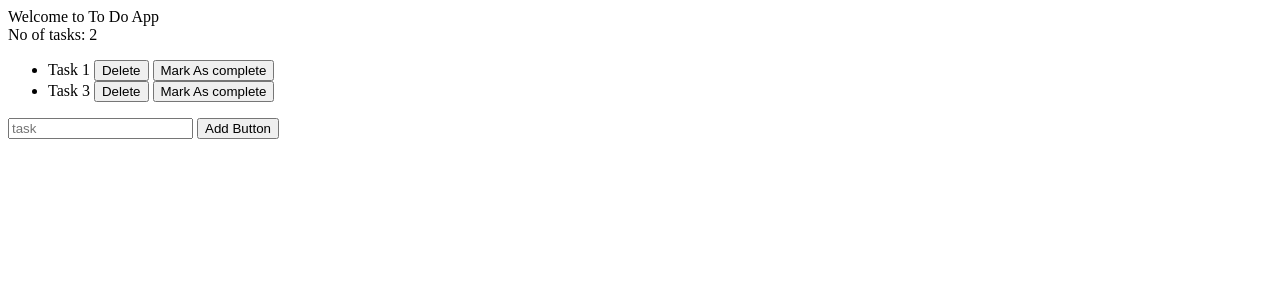
Repository: narendraiitm/jan-2023-term-live-session
Page: todo-vue/index.html
These files come from the project's save history. The page is drawn as it stood at one moment and after the next save; the edit follows.
The browser window is 1280 px wide. The pictures show the whole page.

Above is the page before, as saved 2023-02-16 17:17:41.

### todo-vue/index.html
<!DOCTYPE html>
<html lang="en">
  <head>
    <meta charset="UTF-8" />
    <meta http-equiv="X-UA-Compatible" content="IE=edge" />
    <meta name="viewport" content="width=device-width, initial-scale=1.0" />
    <title>Document</title>
    <style>
      .complete {
        color: red;
      }
    </style>
  </head>
  <body>
    <div id="app"></div>
    <script src="https://cdn.jsdelivr.net/npm/vue@2/dist/vue.js"></script>
    <script src="./app.js"></script>
  </body>
</html>

### todo-vue/app.js
Vue.component('Header', {
  template: `<div> Welcome to To Do App</div>`,
  data() {
    return {
      name: 'Narendra',
    }
  },
})

new Vue({
  // options object
  el: '#app',
  template: `<div>
  <Header />
  <div> No of tasks: {{noOfTasks}} </div>
  <ul>
    <li v-for='(task, index) in tasks'>
        <span :class='{complete: task.complete}'>{{task.name}}</span>
        <button @click='deleteTask(index)'> Delete</button>
        <button @click='markAsComplete(index)'> Mark As complete</button>
    </li>
  </ul>
  <input placeholder='task' v-model='currentTask' />
  <button @click='addTask()'> Add Button </button>
  </div>`,
  data: {
    currentTask: null,
    tasks: [
      { name: 'Task 1', complete: false },
      { name: 'Task 3', complete: false },
    ],
  },
  methods: {
    addTask() {
      this.tasks.push({ name: this.currentTask })
    },
    deleteTask(index) {
      this.tasks.splice(index, 1)
    },
    markAsComplete(index) {
      this.tasks[index].complete = true
    },
  },
  computed: {
    noOfTasks() {
      return this.tasks.length
    },
  },
  watch: {
    currentTask(newVal, oldVal) {
      if (newVal.length > 5) {
        alert('Length of the task cannot be more then 5')
      }
    },
  },
})

After the next save:
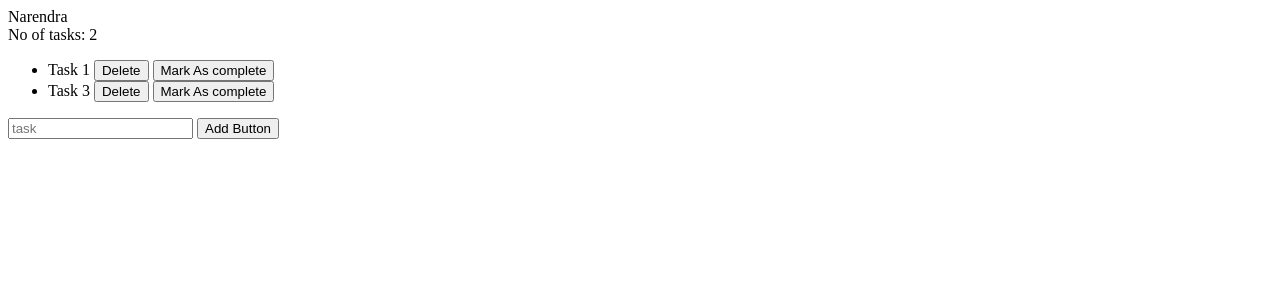
Saved 10 s later.
--- a/todo-vue/app.js
+++ b/todo-vue/app.js
@@ -1,5 +1,5 @@
 Vue.component('Header', {
-  template: `<div> Welcome to To Do App</div>`,
+  template: `<div> {{name}}</div>`,
   data() {
     return {
       name: 'Narendra',
